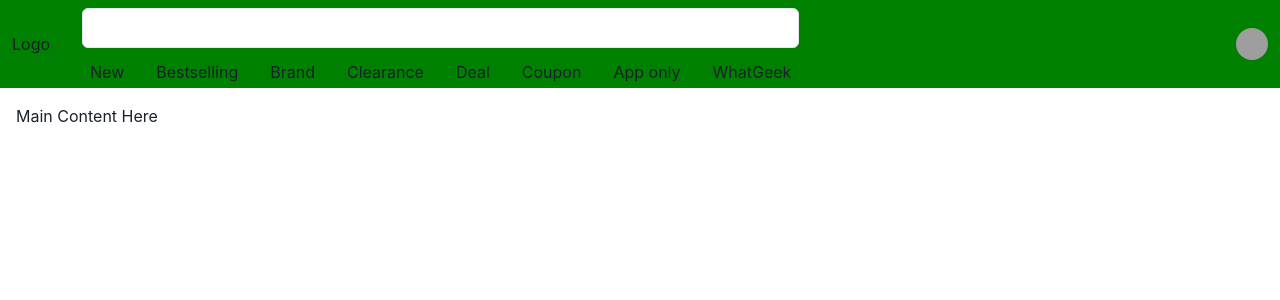
Repository: Vedprakas987/Shopee_cw24
Page: / (app in shopee_online/)
An editor plug-in stored every save of this project. The page is shown before and after a run of saves, followed by the edit.
The browser window is 1280 px wide. The pictures show the whole page.
Pictures or frames that could not be fetched are drawn as grey boxes. The project was rebuilt for these pictures with package versions that can differ from the ones it lists, and the page was loaded fresh each time.

Above is the page before, as saved 2022-12-15 21:22:06.

### shopee_online/src/index.js
import React from 'react';
import ReactDOM from 'react-dom/client';
import './index.css';
import App from './App';
import reportWebVitals from './reportWebVitals';
import { BrowserRouter } from 'react-router-dom';
import { ChakraProvider } from '@chakra-ui/react';
const root = ReactDOM.createRoot(document.getElementById('root'));
root.render(
  <ChakraProvider>
  <BrowserRouter>
    <App />
  </BrowserRouter>
  </ChakraProvider>

);

// If you want to start measuring performance in your app, pass a function
// to log results (for example: reportWebVitals(console.log))
// or send to an analytics endpoint. Learn more: https://bit.ly/CRA-vitals
reportWebVitals();

### shopee_online/src/App.js
import Navbar from "./Routes/Navbar";
function App() {
  return (
    <div className="App">
      <Navbar/>
    </div>
  );
}

export default App;

### shopee_online/src/Routes/Navbar.jsx
import { ReactNode } from 'react';
import { Input, VStack } from '@chakra-ui/react';
import {SearchIcon} from '@chakra-ui/icons'
import {
  Box,
  Flex,
  Avatar,
  HStack,
  Link,
  IconButton,
  Button,
  Menu,
  MenuButton,
  MenuList,
  MenuItem,
  MenuDivider,
  useDisclosure,
  useColorModeValue,
  Stack,
} from '@chakra-ui/react';
import { HamburgerIcon, CloseIcon } from '@chakra-ui/icons';

const Links = ['New','Bestselling','Brand','Clearance','Deal','Coupon','App only','WhatGeek',];

const NavLink = ({ children }) => (
  <Link
    px={2}
    py={1}
    rounded={'md'}
    _hover={{
      textDecoration: 'none',
      bg: useColorModeValue('gray.200', 'gray.700'),
    }}
    href={'#'}>
    {children}
  </Link>
);

export default function Navbar() {
  const { isOpen, onOpen, onClose } = useDisclosure();

  return (
    <>
      <Box bg={useColorModeValue('green', 'green')} px={7} padding="12px">
        <Flex h={16} alignItems={'center'} justifyContent={'space-between'}>
          <IconButton
            size={'md'}
            icon={isOpen ? <CloseIcon /> : <HamburgerIcon />}
            aria-label={'Open Menu'}
            display={{ md: 'none' }}
            onClick={isOpen ? onClose : onOpen}
          />
          <HStack spacing={8} alignItems={'center'}>
            <Box>Logo</Box>
            <VStack>
                <HStack></HStack>
                <Input bg="white" color="black"/>

            <HStack
              as={'nav'}
              spacing={4}
              display={{ base: 'none', md: 'flex' }}>
              {Links.map((link) => (
                <NavLink key={link}>{link}</NavLink>
              ))}
            </HStack>
            </VStack>
          </HStack>

          <Flex alignItems={'center'}>
            <Menu>
              <MenuButton
                as={Button}
                rounded={'full'}
                variant={'link'}
                cursor={'pointer'}
                minW={0}>
                <Avatar
                  size={'sm'}
                  src={
                    'https://images.unsplash.com/photo-1493666438817-866a91353ca9?ixlib=rb-0.3.5&q=80&fm=jpg&crop=faces&fit=crop&h=200&w=200&s=b616b2c5b373a80ffc9636ba24f7a4a9'
                  }
                />
              </MenuButton>
              <MenuList>
                <MenuItem>Link 1</MenuItem>
                <MenuItem>Link 2</MenuItem>
                <MenuDivider />
                <MenuItem>Link 3</MenuItem>
              </MenuList>
            </Menu>
          </Flex>
        </Flex>

        {isOpen ? (
          <Box pb={4} display={{ md: 'none' }}>
            <Stack as={'nav'} spacing={4}>
              {Links.map((link) => (
                <NavLink key={link}>{link}</NavLink>
              ))}
            </Stack>
          </Box>
        ) : null}
      </Box>

      <Box p={4}>Main Content Here</Box>
    </>
  );
}

Loaded but not shown: shopee_online/public/index.html (common file); shopee_online/src/index.css (common file); shopee_online/src/reportWebVitals.js (common file)

After the next 3 saves:
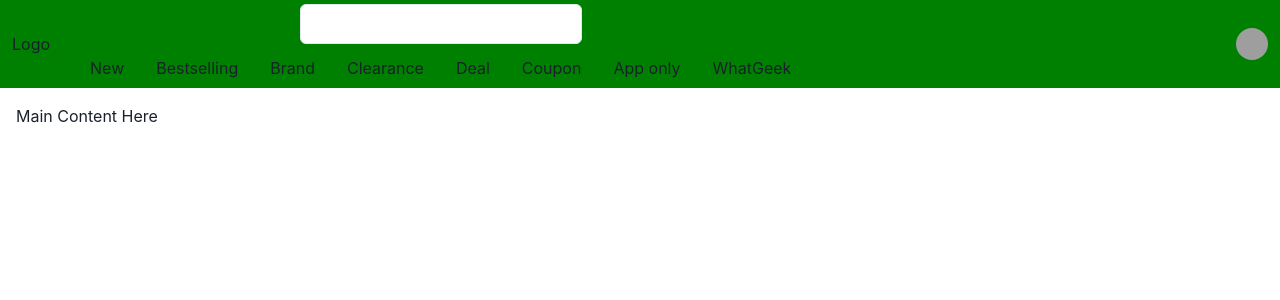
The 3 saves are shown as one change because 1 did not build or start and some came seconds apart.
The last was saved 11 s later.
--- a/shopee_online/src/Routes/Navbar.jsx
+++ b/shopee_online/src/Routes/Navbar.jsx
@@ -53,9 +53,9 @@ export default function Navbar() {
           <HStack spacing={8} alignItems={'center'}>
             <Box>Logo</Box>
             <VStack>
-                <HStack></HStack>
+                <HStack>
                 <Input bg="white" color="black"/>
-
+                </HStack>
             <HStack
               as={'nav'}
               spacing={4}
